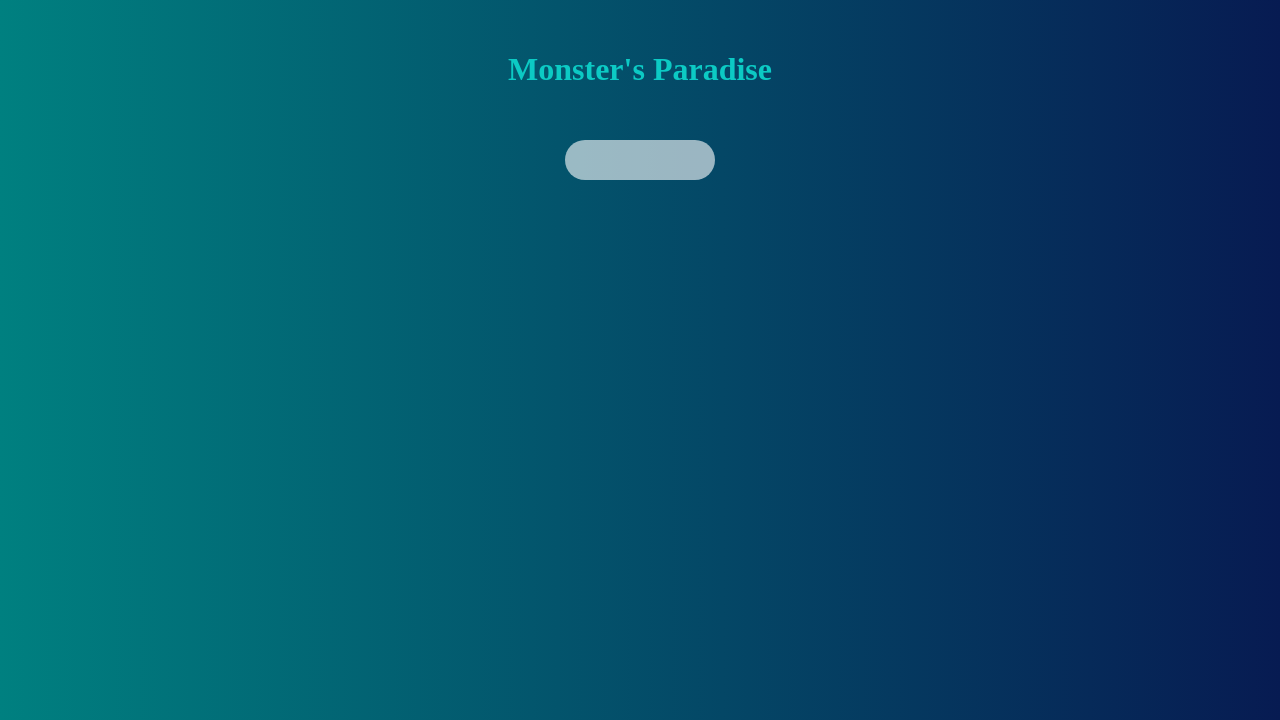
Repository: Petrit-Halabaku/react-project
Page: /
An editor plug-in stored every save of this project. The page is shown before and after the next save, followed by the edit.
The browser window is 1280 px wide. The pictures show the whole page.
The page's requests for data from a server got no answer. Some web fonts or font styles are not loaded; a fallback is used. The project was rebuilt for these pictures with package versions that can differ from the ones it lists, and the page was loaded fresh each time. No one was signed in, and anything a server would have sent is missing. Also part of the build but not shown: src/components/card/card.css, src/components/card/Card.js.

Above is the page before, as saved 2020-01-13 22:11:43.

### public/index.html
<!DOCTYPE html>
<html lang="en">
  <head>
    <meta charset="utf-8" />
    <link rel="icon" href="%PUBLIC_URL%/favicon.ico" />
    <meta name="viewport" content="width=device-width, initial-scale=1" />
    <meta name="theme-color" content="#000000" />
    <meta
      name="description"
      content="Web site created using create-react-app"
    />
    <link rel="apple-touch-icon" href="%PUBLIC_URL%/logo192.png" />
    <!--
      manifest.json provides metadata used when your web app is installed on a
      user's mobile device or desktop. See https://developers.google.com/web/fundamentals/web-app-manifest/
    -->
    <link rel="manifest" href="%PUBLIC_URL%/manifest.json" />
    <link href="https://fonts.googleapis.com/css?family=Mountains+of+Christmas:700&display=swap" rel="stylesheet">
    <!--
      Notice the use of %PUBLIC_URL% in the tags above.
      It will be replaced with the URL of the `public` folder during the build.
      Only files inside the `public` folder can be referenced from the HTML.

      Unlike "/favicon.ico" or "favicon.ico", "%PUBLIC_URL%/favicon.ico" will
      work correctly both with client-side routing and a non-root public URL.
      Learn how to configure a non-root public URL by running `npm run build`.
    -->
    <title>React App</title>
  </head>
  <body>
    <noscript>You need to enable JavaScript to run this app.</noscript>
    <div id="root"></div>
    <!--
      This HTML file is a template.
      If you open it directly in the browser, you will see an empty page.

      You can add webfonts, meta tags, or analytics to this file.
      The build step will place the bundled scripts into the <body> tag.

      To begin the development, run `npm start` or `yarn start`.
      To create a production bundle, use `npm run build` or `yarn build`.
    -->
  </body>
</html>

### src/index.css
body {
  margin: 0;
  padding: 30px 0;

  font-family: -apple-system, BlinkMacSystemFont, "Segoe UI", "Roboto", "Oxygen",
    "Ubuntu", "Cantarell", "Fira Sans", "Droid Sans", "Helvetica Neue",
    sans-serif;
  -webkit-font-smoothing: antialiased;
  -moz-osx-font-smoothing: grayscale;
  background: linear-gradient(
    to left,
    rgba(7, 27, 82, 1) 0%,
    rgba(0, 128, 128, 1) 100%
  );
}

code {
  font-family: source-code-pro, Menlo, Monaco, Consolas, "Courier New",
    monospace;
}

### src/App.js
import React, { Component } from "react";
import uuid from "uuid";
import axios from "axios";

import "./App.css";

import { CardList } from "./components/card-list/CardList";
import { SearchBox } from "./components/search-box/SearchBox";

class App extends Component {
  constructor(props) {
    super(props);

    this.state = {
      monsters: [],
      searchField: ""
    };
  }

  componentDidMount() {
    axios.get("https://jsonplaceholder.typicode.com/users").then(response => {
      this.setState({ monsters: response.data });
      console.log(response.data);
    });
    // fetch("https://jsonplaceholder.typicode.com/users")
    //   .then(res => res.json())
    //   .then(users => console.log(users));
  }
  onChangeHandler = e => {
    this.setState({ searchField: e.target.value }, console.log(this.state));
  };

  render() {
    const { monsters, searchField } = this.state;
    const filteredMonsters = monsters.filter(monster =>
      monster.name.toLowerCase().includes(searchField.toLowerCase())
    );

    return (
      <div className="App">
      <h1>Monster's Paradise</h1>
        <SearchBox change={this.onChangeHandler} />
        {/* <input
          type="search"

          placeholder="search monsters"
        /> */}
        <CardList monsters={filteredMonsters} />
      </div>
    );
  }
}

export default App;

### src/App.css

h1 {
  font-family: 'Mountains of Christmas', cursive;
  /* font-size: 72px; */
  color: #0ccac4;
}
.App {
  text-align: center;
}

.App-logo {
  height: 40vmin;
  pointer-events: none;
}

@media (prefers-reduced-motion: no-preference) {
  .App-logo {
    animation: App-logo-spin infinite 20s linear;
  }
}

.App-header {
  background-color: #282c34;
  min-height: 100vh;
  display: flex;
  flex-direction: column;
  align-items: center;
  justify-content: center;
  font-size: calc(10px + 2vmin);
  color: white;
}

.App-link {
  color: #61dafb;
}

### src/components/card-list/CardList.js
import React from "react";

import "./card-list.css";
import { Card } from "../card/Card";
export const CardList = props => {
  const { monsters } = props;
  return (
    <div className="card-list">
      {monsters.map(monster => (
         <Card key={monster.id} monsters={monster} />
      ))}
    </div>
  );
};

### src/components/search-box/SearchBox.js
import React from "react";

import "./search-box.css";

export const SearchBox = props => {
  const { change } = props;
  return (
    <div>
      <input  className="search" type="search" onChange={change} />
    </div>
  );
};

### src/components/search-box/search-box.css
.search {
   -webkit-appearance: none;
   border: none;
   outline: none;
   padding: 5px;
   width: 150px;
   line-height: 30px;
   opacity: 0.6;
   font-size: 20px;
   font-weight: bold;
   margin: 30px auto;
   border-radius: 40px;
 }

Loaded but not shown: src/index.js (common file); src/serviceWorker.js (common file); src/components/card-list/card-list.css (common file)

After the next save:
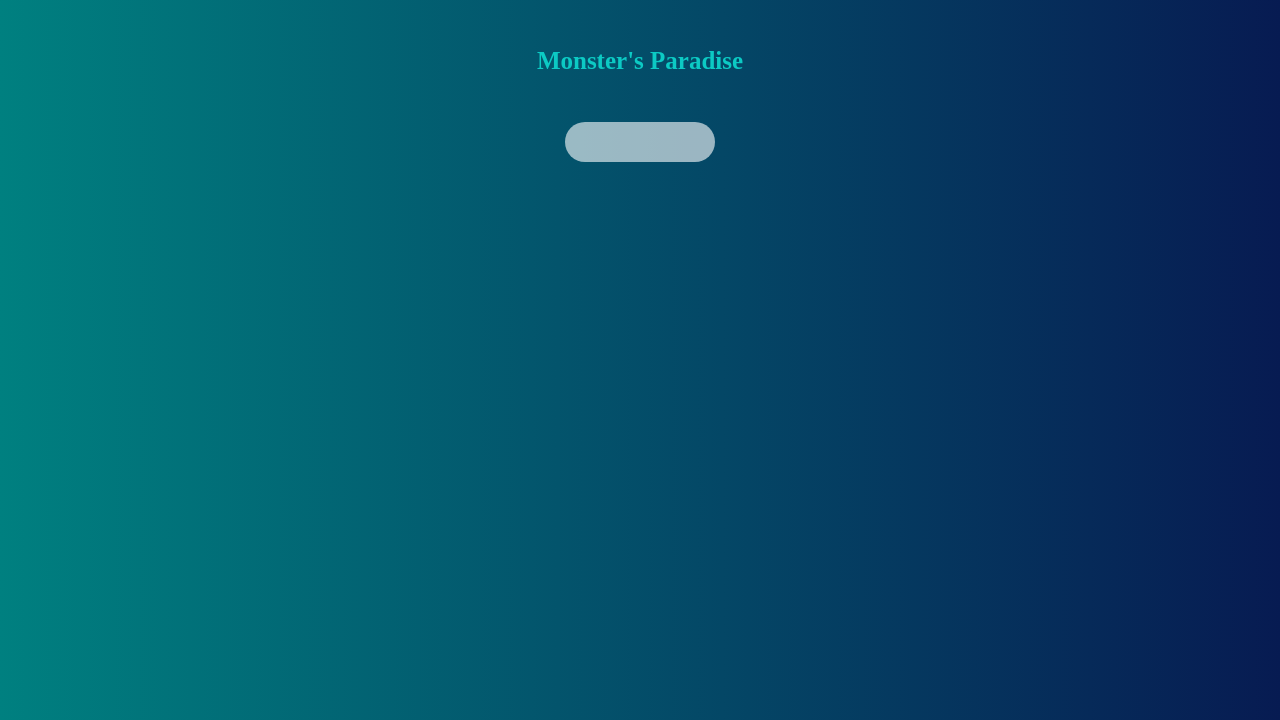
Saved 11 s later.
--- a/src/App.css
+++ b/src/App.css
@@ -1,7 +1,7 @@
 
 h1 {
   font-family: 'Mountains of Christmas', cursive;
-  /* font-size: 72px; */
+  font-size: 25px;
   color: #0ccac4;
 }
 .App {
